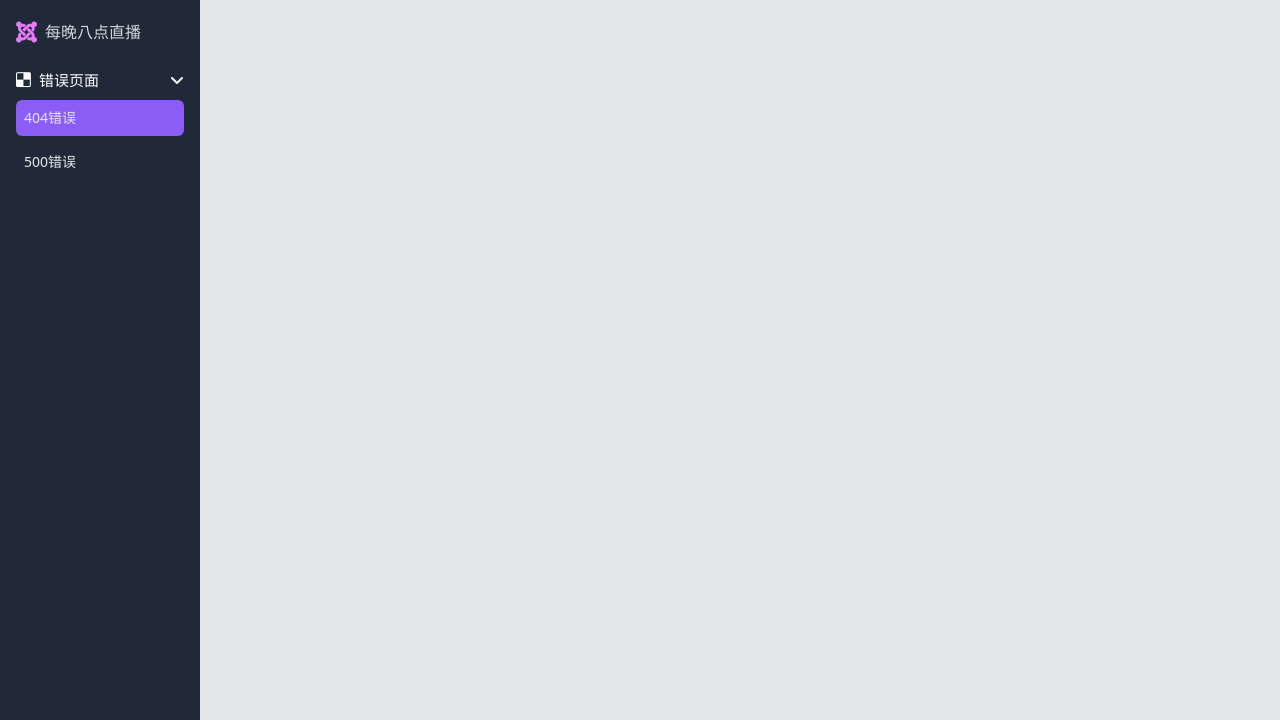
Repository: liangyingbo/vite-vue-TS
Page: /#/admin/home
An editor plug-in stored every save of this project. The page is shown before and after the next save, followed by the edit.
The browser window is 1280 px wide. The pictures show the whole page.
The project was rebuilt for these pictures with package versions that can differ from the ones it lists, and the page was loaded fresh each time. Also part of the build but not shown: vite.config.ts, src/components/form/HdButton.vue, src/components/form/HdInput.vue, src/components/form/hdLink.vue, src/styles/global.scss.

Above is the page before, as saved 2022-11-18 20:09:16.

### index.html
<!DOCTYPE html>
<html lang="en">
  <head>
    <meta charset="UTF-8" />
    <link rel="icon" type="image/svg+xml" href="/vite.svg" />
    <meta name="viewport" content="width=device-width, initial-scale=1.0" />
    <link href="https://cdn.bootcdn.net/ajax/libs/font-awesome/6.2.0/css/all.css" rel="stylesheet">
    <title>Vite + Vue + TS</title>
  </head>
  <body>
    <div id="app"></div>
    <script type="module" src="/src/main.ts"></script>
  </body>
</html>

### src/main.ts
import { createApp } from 'vue'
import router, { setupRouter } from '@/router'
import { setupPlugins } from '@/plugins'
import '@/styles/global.scss'
import App from './App.vue'

async function bootstrap() {
    const app = createApp(App)
    setupRouter(app)
    setupPlugins(app)
    await router.isReady()
    app.mount('#app')
}
bootstrap()

### src/router/index.ts
import { App } from 'vue';
import { createRouter, createWebHashHistory } from 'vue-router'
import routes from './routes';
import layoutRoutes from './autoLoad';
import guard from './guard';
const router = createRouter({
    history: createWebHashHistory(),
    routes : [...routes,...layoutRoutes]
})
export function setupRouter(app:App){

    guard(router)
    app.use(router)
}

export default router;

### src/plugins/index.ts
import { App } from "vue";
import { setupTailWindCssPlugin } from "./tailwindcss";

export function setupPlugins(app: App) {
    autoRegisterComponent(app)

    setupTailWindCssPlugin()
}



function autoRegisterComponent(app: App) {
    const components = import.meta.glob('../components/form/*.vue', { eager: true })
    console.log(components)
    Object.keys(components).forEach(key => {
        const name = key.split('/').pop()?.split('.')[0] as string

        app.component(name, components[key].default)
    })
}

### src/App.vue
<script setup lang="ts">

// import {info} from '@/apis/userApi'

//const response =  info()
// console.log(response.then(res=>res.data.age))
// console.log()

 </script>

 <template>

    <router-view ></router-view>
 </template>

<style scoped>
</style>

### src/router/routes.ts
import { RouteRecordRaw } from "vue-router"
 const routes = [
    {
        path:'/home',
        name:'home',
        component:() => import("@/views/home.vue"),
    }
]  as  RouteRecordRaw[]

export default routes

### src/router/autoLoad.ts
import { RouteRecordRaw } from "vue-router";


const layout = import.meta.glob('../layouts/*.vue')
const children = import.meta.glob('../views/**/*.vue')
function getRoutes() {
    const layoutRoutes = [] as RouteRecordRaw[]
    Object.entries(layout).forEach(([file, module]) => {
        const route = getRouteByModule(file, module)
        route.children = getChildrenRoutes(route)
        layoutRoutes.push(route)
    })
    return layoutRoutes
}


// 根据布局路由匹配子路由
function getChildrenRoutes(layoutRoute: RouteRecordRaw) {
    const routes = [] as RouteRecordRaw[]
    Object.entries(children).forEach(([file, module]) => {
        if (file.includes(`../views/${layoutRoute.name as string}`)) {
            const route = getRouteByModule(file, module)
            routes.push(route)
        }
    })
    return routes
}

function getRouteByModule(file: string, module: () => Promise<unknown>) {
    const name = file.replace(/.+layouts\/|.+views\/|\.vue/gi, '')
    const route = {
        name: name.replace('/', '.'),
        path: `/${name}`,
        component: module
    } as RouteRecordRaw

    return route
}
export default getRoutes()

### src/router/guard.ts
 import { RouteLocationNormalized, Router } from "vue-router"


class Guard {
    constructor(private router: Router) { }

    public run() {
          this.router.beforeEach((to,from) =>{
            console.log(to)
             if(!this.isLogin(to)) return {name:'auth.login'}


          })
    }

    private isLogin(route:RouteLocationNormalized){
        // console.log(route.meta)
        console.log(route.meta)
        return true
    }
}

export default (router: Router) => {
    new Guard(router).run()
}

### src/plugins/tailwindcss/index.ts
import './tailwindcss.css'

export function setupTailWindCssPlugin(){

}

### src/layouts/admin.vue
<template>
    <div>
         <router-view></router-view>
    </div>
</template>
<script lang="ts" setup>
import routes from "@/router/routes";


</script>

<script lang="ts">
export default {
    route:{meta:{auth:true}}
}
</script>

<style lang="scss" scoped>

</style>

### src/views/admin/home.vue
<template>
    <div class=" admin w-screen h-screen flex ">
        <div class="w-[200px] py-2 bg-gray-800">
             <div class="text-white  flex items-center py-2 px-4">
                <i class="fab fa-joomla text-2xl text-fuchsia-400 mr-2"></i>
                <span class="text-base text-gray-300">每晚八点直播</span>
             </div>
             <div class="left-container">
                <dt class="text-white mt-3">
                    <dl class="px-4">
                       <section class="flex justify-between items-center cursor-pointer">
                        <div>
                        <i class="fab fa-delicious text-[17px]"></i>
                        <span class="ml-2 text-[15px]">错误页面</span>
                        </div>

                        <i class="fas fa-angle-down"></i>

                       </section>
                         <dd class="my-2 px-2 py-2 bg-violet-500  rounded-md text-gray-200 cursor-pointer hover:bg-violet-600 duration-300 text-sm">404错误</dd>
                        <dd class="my-2 px-2 py-2 rounded-md text-gray-200 cursor-pointer hover:bg-violet-600 duration-300 text-sm">500错误</dd>
                    </dl>
                </dt>
             </div>
        </div>
        <div class="bg-gray-200 flex-1">
            <router-view></router-view>
        </div>
    </div>
</template>

<script lang="ts" setup></script>

<style lang="scss" scoped>

</style>

Loaded but not shown: src/plugins/tailwindcss/tailwindcss.css (common file); tailwind.config.cjs (common file)

After the next save:
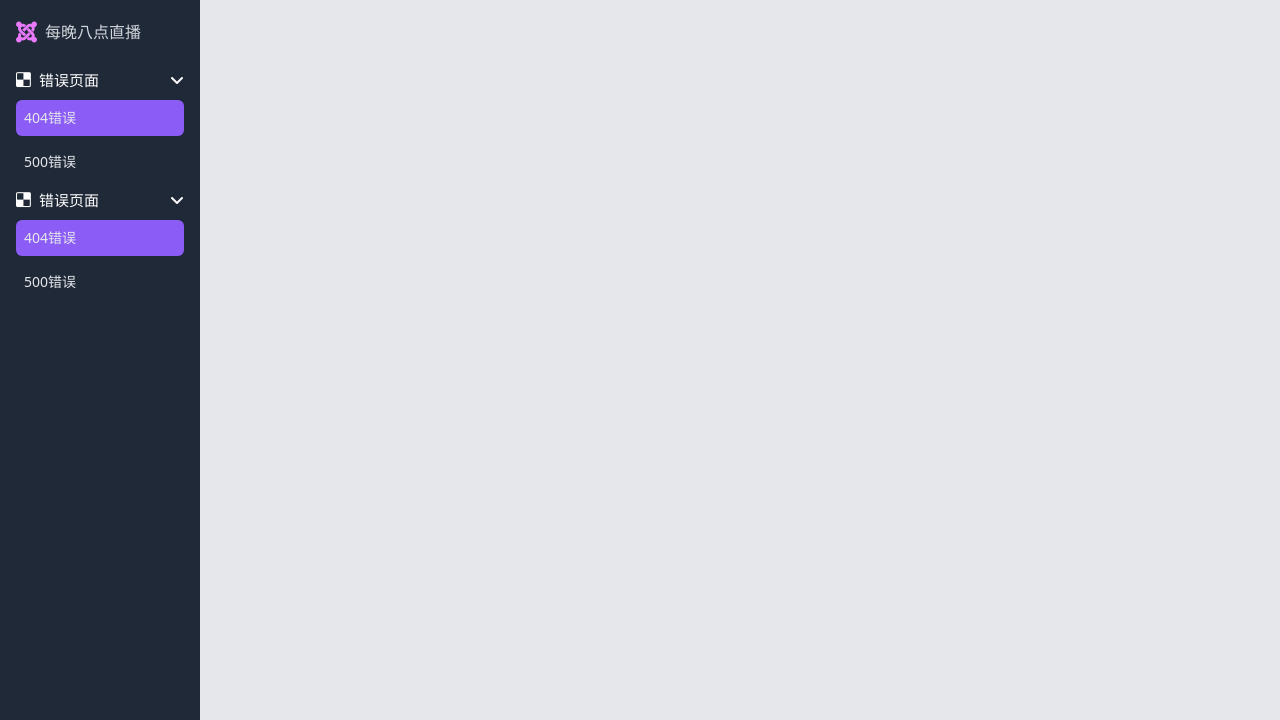
Saved 13 s later.
--- a/src/views/admin/home.vue
+++ b/src/views/admin/home.vue
@@ -7,6 +7,19 @@
              </div>
              <div class="left-container">
                 <dt class="text-white mt-3">
+                    <dl class="px-4">
+                       <section class="flex justify-between items-center cursor-pointer">
+                        <div>
+                        <i class="fab fa-delicious text-[17px]"></i>
+                        <span class="ml-2 text-[15px]">错误页面</span>
+                        </div>
+
+                        <i class="fas fa-angle-down"></i>
+
+                       </section>
+                         <dd class="my-2 px-2 py-2 bg-violet-500  rounded-md text-gray-200 cursor-pointer hover:bg-violet-600 duration-300 text-sm">404错误</dd>
+                        <dd class="my-2 px-2 py-2 rounded-md text-gray-200 cursor-pointer hover:bg-violet-600 duration-300 text-sm">500错误</dd>
+                    </dl>
                     <dl class="px-4">
                        <section class="flex justify-between items-center cursor-pointer">
                         <div>
